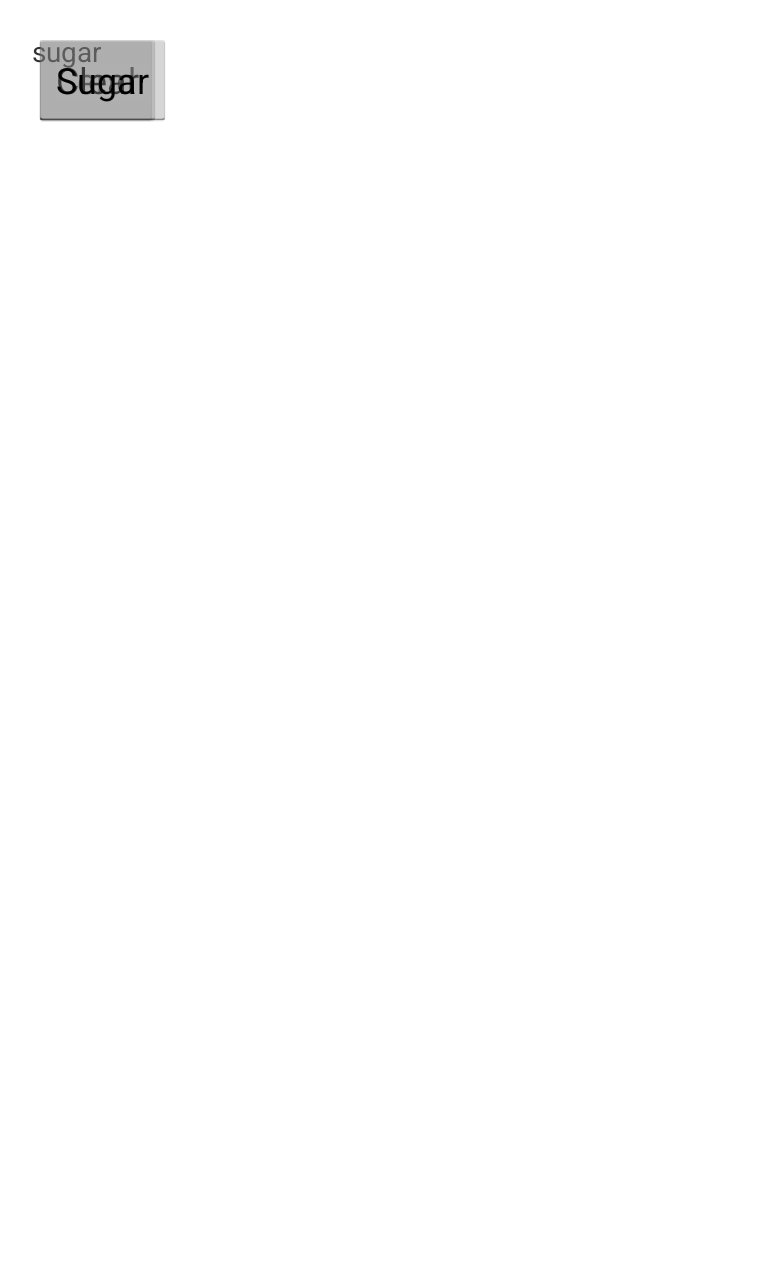
Repository: MICHAELDOVOHORG/mobiledev
Layout: Let'sChat/res/layout/activity_main.xml
The author's editor kept a copy of each file at every save. The layout is drawn from the files as they stood at one save, then again after the next save.
It is drawn on a 768 x 1280 px phone screen (xhdpi) without system bars, with theme AppTheme; the app's code is not run. Lists and similar views that code fills are empty.

Above is the layout before, as saved 2014-03-07 07:24:13.

After the next save:
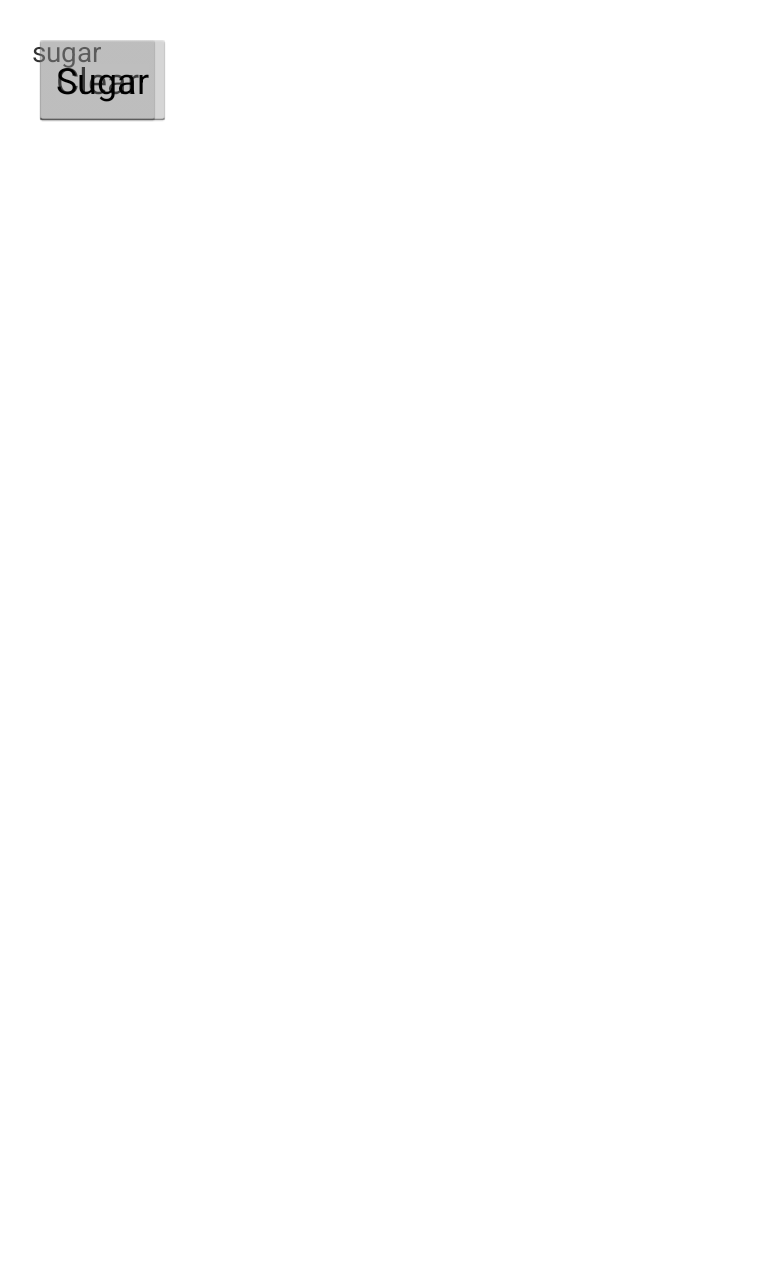
Saved 29 s later.
--- a/Let'sChat/res/layout/activity_main.xml
+++ b/Let'sChat/res/layout/activity_main.xml
@@ -16,6 +16,7 @@
     <Button
         android:id="@+id/send"
         android:layout_toRightOf="@id/display"
+        android:layout_alignRight="@id/display"
         android:layout_width="wrap_content"
         android:layout_height="wrap_content"
         android:onClick="onClick"
